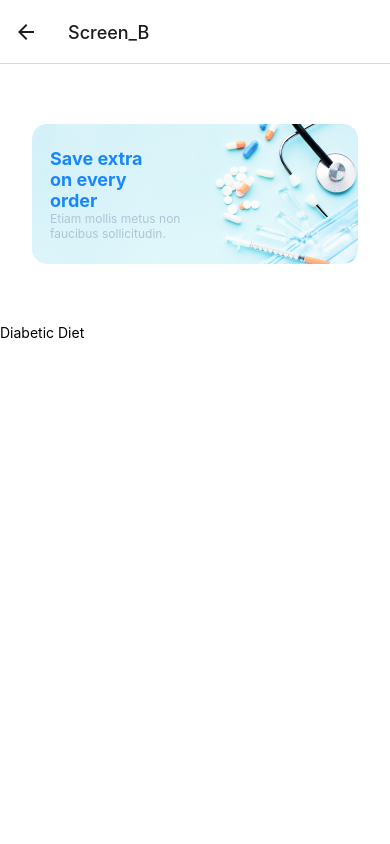
Repository: ntu34543/designReactNative
Screen: /Screen_B
An editor plug-in stored every save of this project. The screen is shown before and after the next save, followed by the edit.
The app was drawn by React Native's web renderer in a window 390 px wide. The project was rebuilt for these pictures with package versions that can differ from the ones it lists, and the page was loaded fresh each time.

Above is the screen before, as saved 2022-10-18 16:49:39.

After the next save:
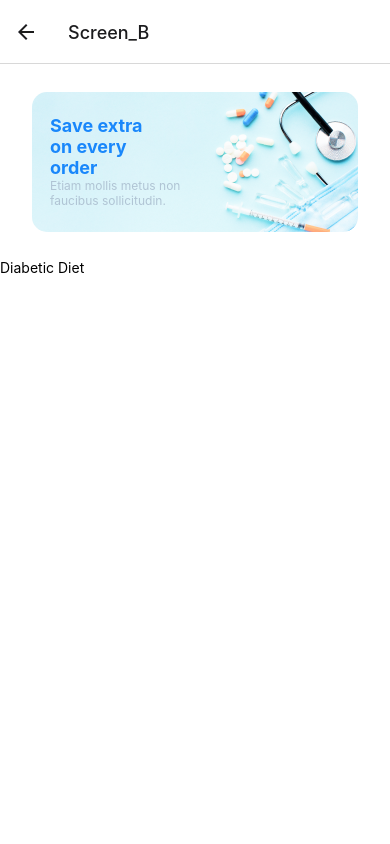
Saved 6 s later.
--- a/page/DiabetesCare.js
+++ b/page/DiabetesCare.js
@@ -65,7 +65,7 @@ const styles = StyleSheet.create({
     borderRadius: 15,
   },
   topPro: {
-    flex: 2,
+    flex: 3,
   },
   title3: {
     position: "relative",
